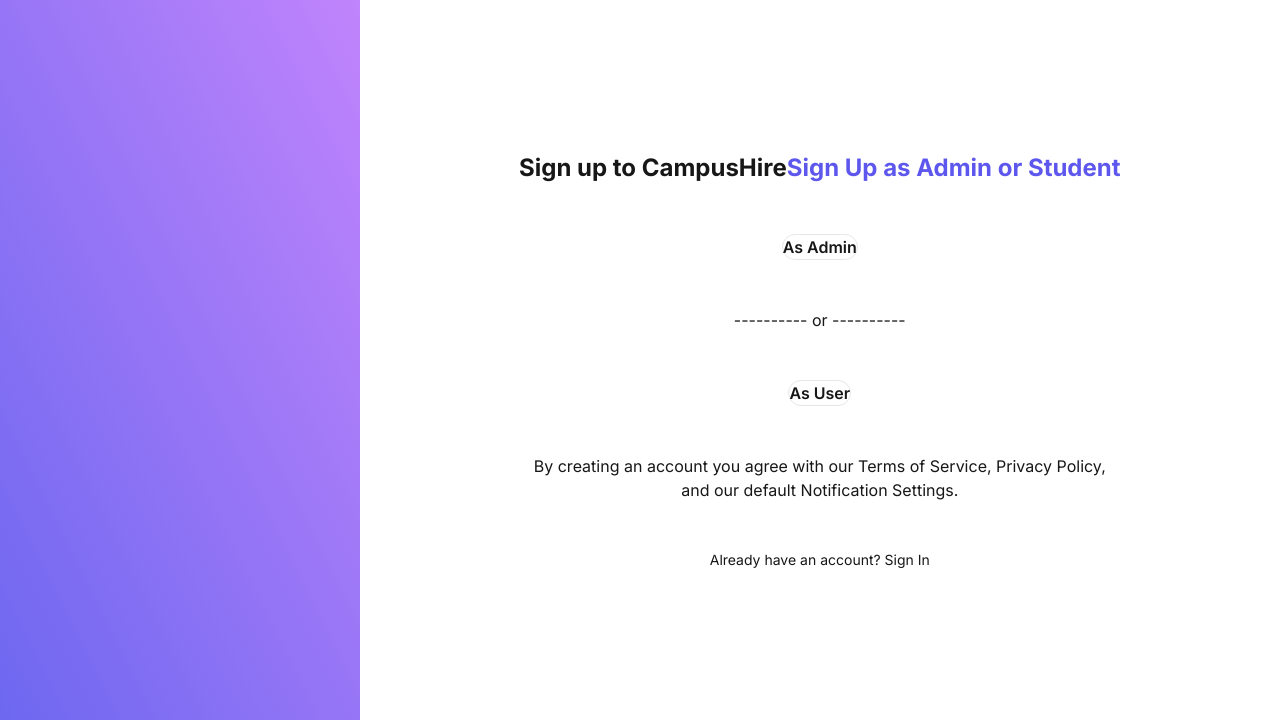
Repository: namandubey-0209/CampusHire
Page: /o-sign-up
These files come from the project's save history. The page is drawn as it stood at one moment and after the next save; the edit follows.
The browser window is 1280 px wide. The pictures show the whole page.
The project was rebuilt for these pictures with package versions that can differ from the ones it lists, and the page was loaded fresh each time. The framework's server and built-in components were replaced by stand-ins that run in the browser. Also part of the build but not shown: next.config.ts.

Above is the page before, as saved 2025-07-19 02:02:15.

After the next save:
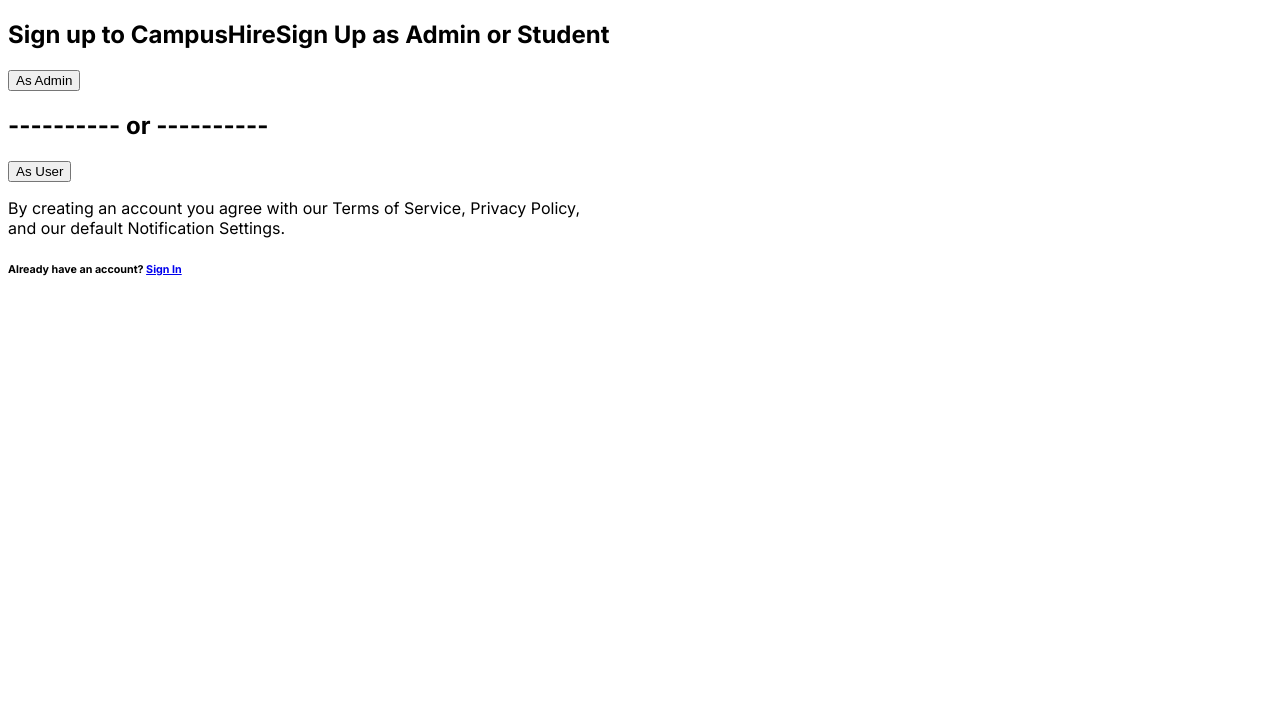
Saved 114 s later.
--- a/src/app/layout.tsx
+++ b/src/app/layout.tsx
@@ -1,6 +1,6 @@
 import type { Metadata } from "next";
 import { Inter, Geist, Geist_Mono } from "next/font/google";
-import './globals.css'
+import './'
 import AuthProvider from "@/context/AuthProvider";
 
 const inter = Inter({

After the 4 saves that followed:
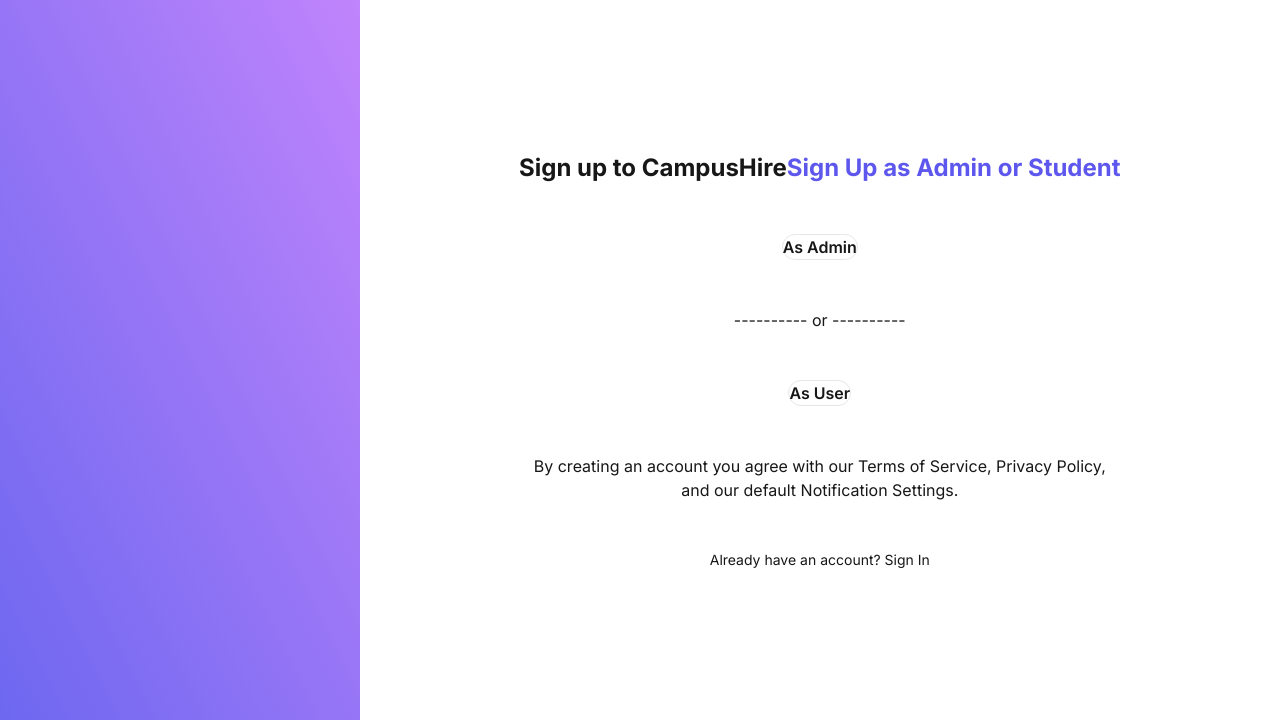
The 4 saves are shown as one change because 1 did not build or start and 1 left the picture as it was and some came seconds apart.
The last was saved 39 s later.
--- a/src/app/layout.tsx
+++ b/src/app/layout.tsx
@@ -1,6 +1,6 @@
 import type { Metadata } from "next";
 import { Inter, Geist, Geist_Mono } from "next/font/google";
-import './'
+import './globals.css'
 import AuthProvider from "@/context/AuthProvider";
 
 const inter = Inter({
